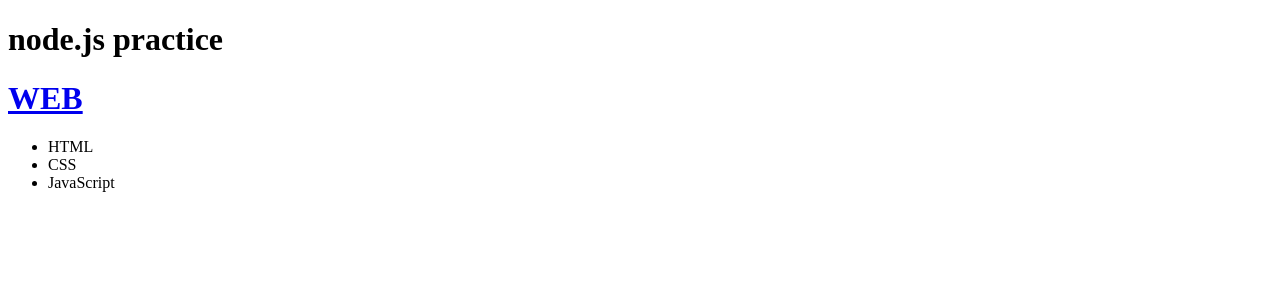
Repository: hhw12409/pracite-node.js
Page: http://localhost/
An editor plug-in stored every save of this project. The page is shown before and after the next save, followed by the edit.
The browser window is 1280 px wide. The pictures show the whole page.
The page is served by the project's Node server (server.js).

Above is the page before, as saved 2022-04-26 01:32:53.

### views/index.ejs
<!DOCTYPE html>
<html lang="en">
<head>
  <meta charset="UTF-8">
  <meta http-equiv="X-UA-Compatible" content="IE=edge">
  <meta name="viewport" content="width=device-width, initial-scale=1.0">
  <title>node.js practice</title>
</head>
<body>
  <h1>node.js practice</h1>
  <a href="/"><h1>WEB</h1></a>
  <ul>
    <li>HTML</li>
    <li>CSS</li>
    <li>JavaScript</li>
  </ul>
</body>
</html>

### server.js
const express = require('express');
const app = express();

app.set('view engine', 'ejs');

require('dotenv').config()

app.get('/', (req, res)=> {
  res.render('index.ejs', {})
})

app.get('/html', (req, res)=> {
  res.render('html.ejs', {})
})

app.listen(process.env.PORT , function(){
  console.log("listening on server");
});

After the next save:
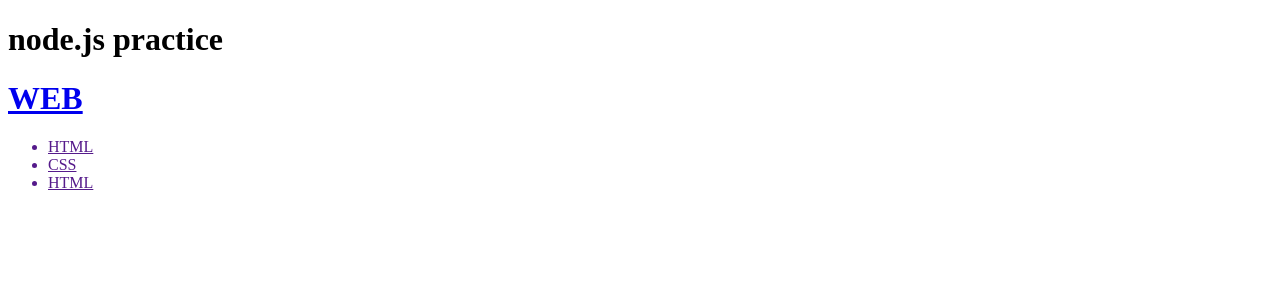
Saved 29 s later.
--- a/views/index.ejs
+++ b/views/index.ejs
@@ -10,9 +10,9 @@
   <h1>node.js practice</h1>
   <a href="/"><h1>WEB</h1></a>
   <ul>
-    <li>HTML</li>
-    <li>CSS</li>
-    <li>JavaScript</li>
+    <a href=""><li>HTML</li></a>
+    <a href=""><li>CSS</li></a>
+    <a href=""><li>HTML</li></a>
   </ul>
 </body>
 </html>
